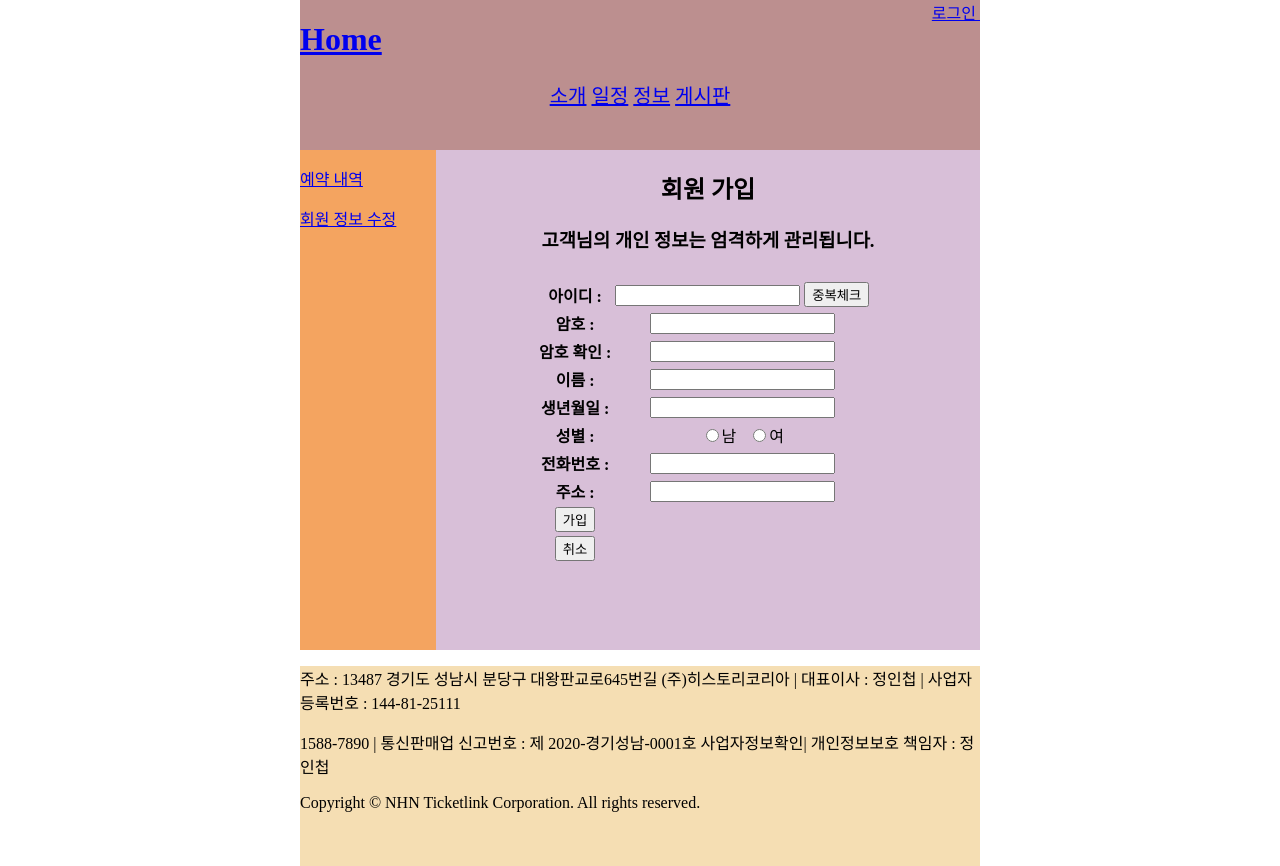
Repository: dlscjq34/JSP_historyTour
Page: http://localhost/HistoryTour/WEB-INF/views/member/joinMember.jsp
An editor plug-in stored every save of this project. The page is shown before and after the next save, followed by the edit.
The browser window is 1280 px wide. The pictures show the whole page.
The page is served by Tomcat 9. Nobody is signed in. Other server files are loaded and not shown. The template is opened directly, without the code that normally fills it, so the values that code supplies are empty.

Above is the page before, as saved 2020-12-21 03:53:31.

### HistoryTour/WebContent/WEB-INF/views/member/joinMember.jsp
<%@ page language="java" contentType="text/html; charset=UTF-8"
    pageEncoding="UTF-8"%>
<!DOCTYPE html>
<html lang="en">
<head>
    <jsp:include page="/WEB-INF/views/include/head.jsp" />
    <link rel="stylesheet" href="css/joinMember.css">
</head>
<body>
    <!-- <header> -->
    <jsp:include page="/WEB-INF/views/include/header.jsp" />


    <!-- center = <aside> + <article> -->
    <div class="center">
        <aside>
            <p><a href="ticket.do">예약 내역</a></p>
            <p><a href="editMember.do">회원 정보 수정</a></p>
        </aside>


        <article>
         <h1>회원 가입</h1>
                    <h3>고객님의 개인 정보는 엄격하게 관리됩니다.</h3>
                <form action="joinMemberPro.do" method="post" name="frm" onsubmit="return lenCheck()">

                    <table>
	               		<tr>
	               			<th>아이디 :
	               			<td><input type="text" name="id" id="id" />
	               				<input type="button" onclick="dupCheck()" value="중복체크">
	               		</tr>
	               		<tr>
	               			<th>암호 :
	               			<td><input type="password" name="pswd1" id="pswd1" required/>
	               		</tr>
	               		<tr>
	               			<th>암호 확인 :
	               			<td><input type="password" name="pswd2" id="pswd2" required onkeyup="pwCheck()"/>
	               				<span id="pwStatus"></span>
	               		</tr>
	               		<tr>
	               			<th>이름 :
	               			<td><input type="text" name="name" id="name" required/>
	               		</tr>
	               		<tr>
	               			<th>생년월일 :
	               			<td><input type="text" name="birth" id="birth" required/>
	               		</tr>
	               		<tr>
	               			<th>성별 :
	               			<td><input type="radio" name="gender" id="man" value="1" required />남 &nbsp;
	               				<input type="radio" name="gender" id="woman" value="2" required />여
	               		</tr>
	               		<tr>
	               			<th>전화번호 :
	               			<td><input type="text" name="tel" id="tel" required>
	               		</tr>
	               		<tr>
	               			<th>주소 :
	               			<td><input type="text" name="address" id="address" required>
	               		</tr>
	               		<tr>
	               			<td><input type="submit" name="enroll" class="enroll" value="가입"></td>
	               		</tr>
	               		<tr>
	               			<td rowspan="2" align="center"><input type="reset" value="취소"></td>
	               		</tr>
               		</table>


                </form>
        </article>
    </div>


    <!-- <footer> -->
    <jsp:include page="/WEB-INF/views/include/footer.jsp" />

</body>

<script>
	function dupCheck() {
		let id = document.frm.id.value;
		if(id == '') {
			alert("아이디를 입력하세요");
			document.frm.id.focus();
			return;
		}
		window.open('joinCheck.do?id='+id, 'joinCheck', 'width=600, height=300');
	}

	function lenCheck() {
		let id = document.frm.id.value.trim();

		if(!(id.length >= 3 && id.length <=12)) {
			alert("아이디는 3에서 12글자만 입력 가능합니다.");
			document.frm.id.select();
			return false;
		}
	}

	function pwCheck() {
		pw1 = document.frm.pswd1.value;
		pw2 = document.frm.pswd2.value;
		pwStatus = document.getElementById("pwStatus");

		if(pw1 == pw2) {
			pwStatus.innerHTML = "패스워드 확인";
			pwStatus.style.color = "blue"
		}
		else {
			pwStatus.innerHTML = "패스워드 틀림";
			pwStatus.style.color = "red"
		}
	}

/* 	<tr>
		<th>암호 :
		<td><input type="password" name="pswd1" id="pswd1" required/>
	</tr>
	<tr>
		<th>암호 확인 :
		<td><input type="password" name="pswd2" id="pswd2" required onkeyup="pwCheck()"/>
			<span class="pwStatus"></span>
	</tr> */
</script>

</html>

### HistoryTour/WebContent/WEB-INF/views/include/head.jsp
<%@ page language="java" contentType="text/html; charset=UTF-8"
    pageEncoding="UTF-8"%>
<meta charset="UTF-8">
<meta name="viewport" content="width=device-width, initial-scale=1.0">
<title>Document</title>
<link rel="stylesheet" href="css/common.css">

### HistoryTour/WebContent/WEB-INF/views/include/header.jsp
<%@ page language="java" contentType="text/html; charset=UTF-8"
    pageEncoding="UTF-8"%>
<%@ taglib prefix="c" uri="http://java.sun.com/jsp/jstl/core" %>
<%
	//쿠키에 아이디가 있으면 세션으로 빼온다.
	Cookie[] cookies = request.getCookies();

	if (cookies != null) {
		for(Cookie cookie : cookies) {
			if(cookie.getName().equals("id")) {
				String id = cookie.getValue();
				session.setAttribute("id", id);
			}
		}
	}

	String id = (String)session.getAttribute("id");
%>

<header>
    <div class="home-line">
        <h1><a href="index.do">Home</a></h1>
        <!-- 세션으로 빼온 아이디가 있으면 -->
<%
			if (id != null) {
%>
        		${ id } 님 반갑습니다.&nbsp;
        		<a href="myPage.do">마이페이지</a>&nbsp;
        		<a href="logoutPro.do">로그아웃</a>
<%
			} else {
%>
        	<!-- 세션으로 빼온 아이디가 없으면 -->
        		 <a href="login.do">로그인&nbsp;</a>
<%
			}
%>

    </div>
    <div class="menu">
        <a href="intro.do">소개</a>
        <a href="schedule.do">일정</a>
        <a href="information.do">정보</a>
        <a href="board.do">게시판</a>
    </div>
</header>

### HistoryTour/WebContent/WEB-INF/views/include/footer.jsp
<%@ page language="java" contentType="text/html; charset=UTF-8"
    pageEncoding="UTF-8"%>
<footer>
    <p>주소 : 13487 경기도 성남시 분당구 대왕판교로645번길 (주)히스토리코리아 | 대표이사 : 정인첩 | 사업자등록번호 : 144-81-25111</p>
    <p>1588-7890 |  통신판매업 신고번호 : 제 2020-경기성남-0001호 사업자정보확인| 개인정보보호 책임자 : 정인첩</p>
    <p>Copyright © NHN Ticketlink Corporation. All rights reserved.</p>
</footer>

### HistoryTour/WebContent/css/common.css
body {
  grid-template-columns: 1fr 1fr;
  box-sizing: border-box;
  margin: 0 300px;
}

/* header ----------------------------------------------- */

header {
  background: rosybrown;
  height: 150px;
}
header .home-line {
  display: flex;
}
header .home-line h1 {
  flex: 1;
}
header .menu {
  text-align: center;
  font-size: 20px;
}

/* <aside> <article> ----------------------------------------------- */

.center {
  display: flex;
  height: 500px;
  background: turquoise;
}
.center aside {
  background: sandybrown;
  flex: 2;
}
.center article {
  background: thistle;
  flex: 8;
  text-align: center;
}


/* footer ----------------------------------------------- */

footer {
  background: wheat;
  height: 200px;
}

### HistoryTour/WebContent/css/joinMember.css


.center article form  {
  position: relative;
  margin-top: 5%;
  margin-left: 100px;
  /* width: 100px;
  font-size: 20px; */
}

After the next save:
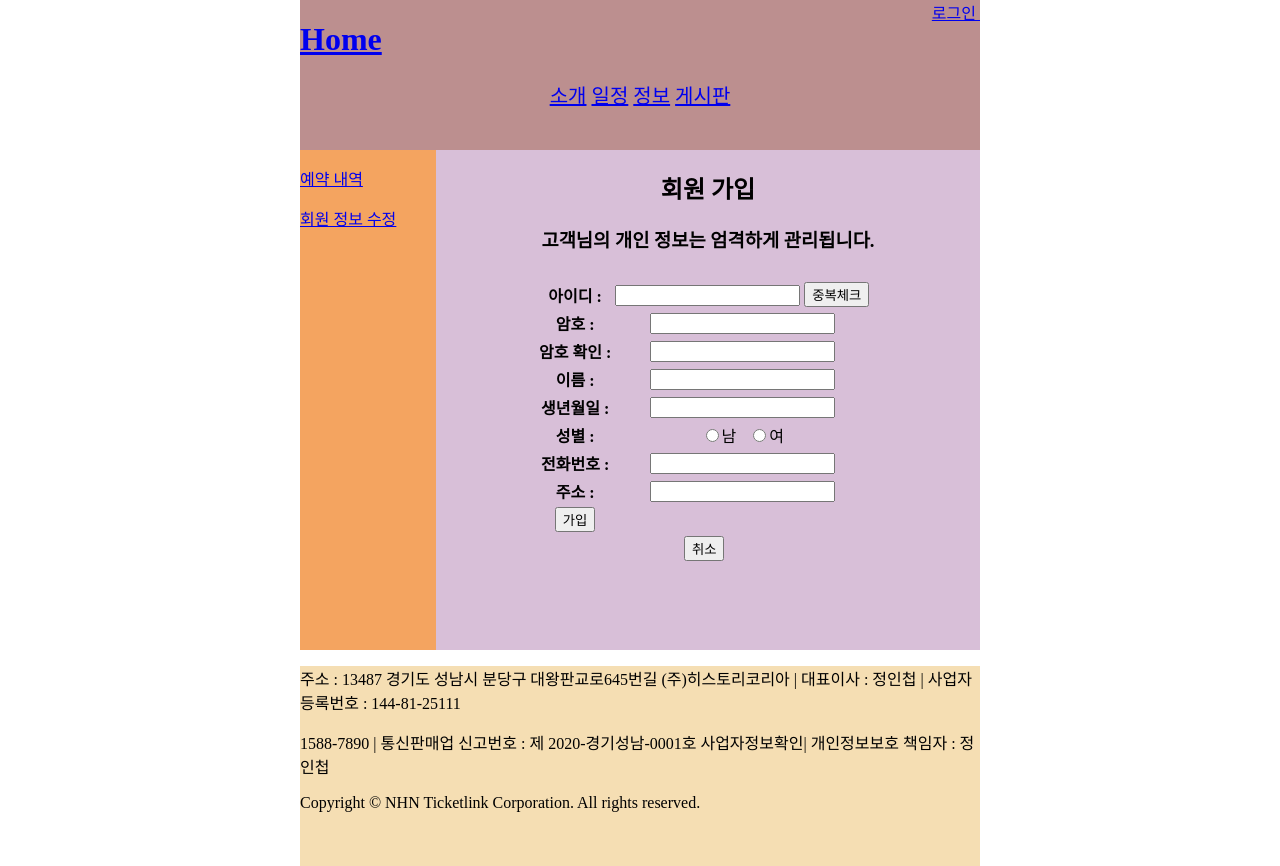
Saved 6 s later.
--- a/HistoryTour/WebContent/WEB-INF/views/member/joinMember.jsp
+++ b/HistoryTour/WebContent/WEB-INF/views/member/joinMember.jsp
@@ -64,7 +64,7 @@
 	               			<td><input type="submit" name="enroll" class="enroll" value="가입"></td>
 	               		</tr>
 	               		<tr>
-	               			<td rowspan="2" align="center"><input type="reset" value="취소"></td>
+	               			<td colspan="2" align="center"><input type="reset" value="취소"></td>
 	               		</tr>
                		</table>
 
